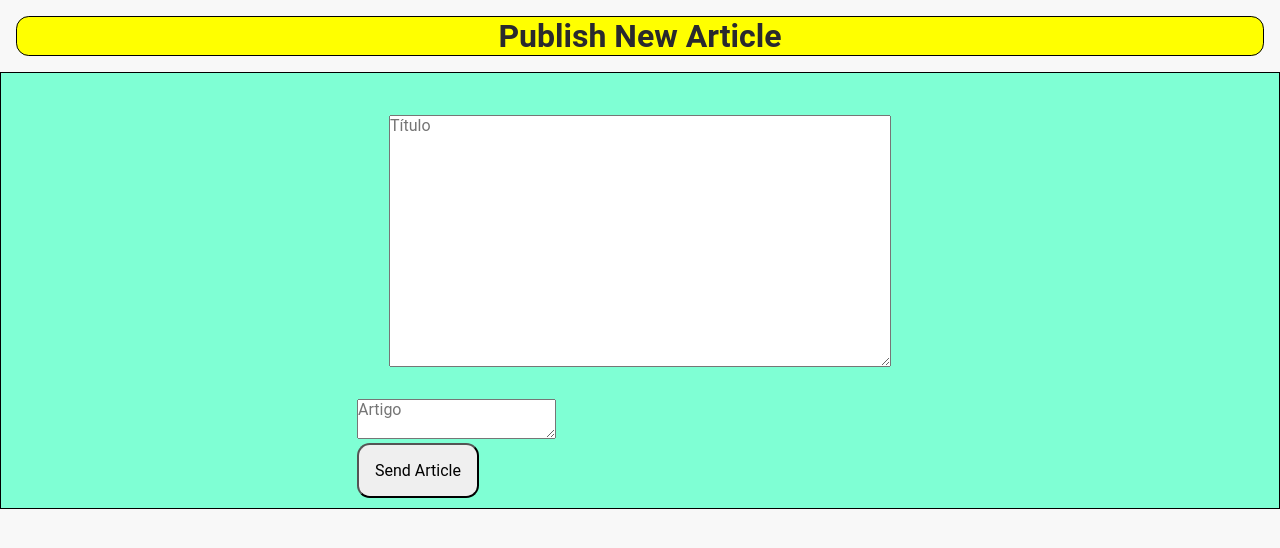
Repository: batmit/publish_articles
Page: /publish
An editor plug-in stored every save of this project. The page is shown before and after the next save, followed by the edit.
The browser window is 1280 px wide. The pictures show the whole page.
The project was rebuilt for these pictures with package versions that can differ from the ones it lists, and the page was loaded fresh each time. Also part of the build but not shown: src/pages/articles.tsx, src/pages/article.tsx, src/pages/Home.tsx.

Above is the page before, as saved 2021-06-29 18:35:56.

After the next save:
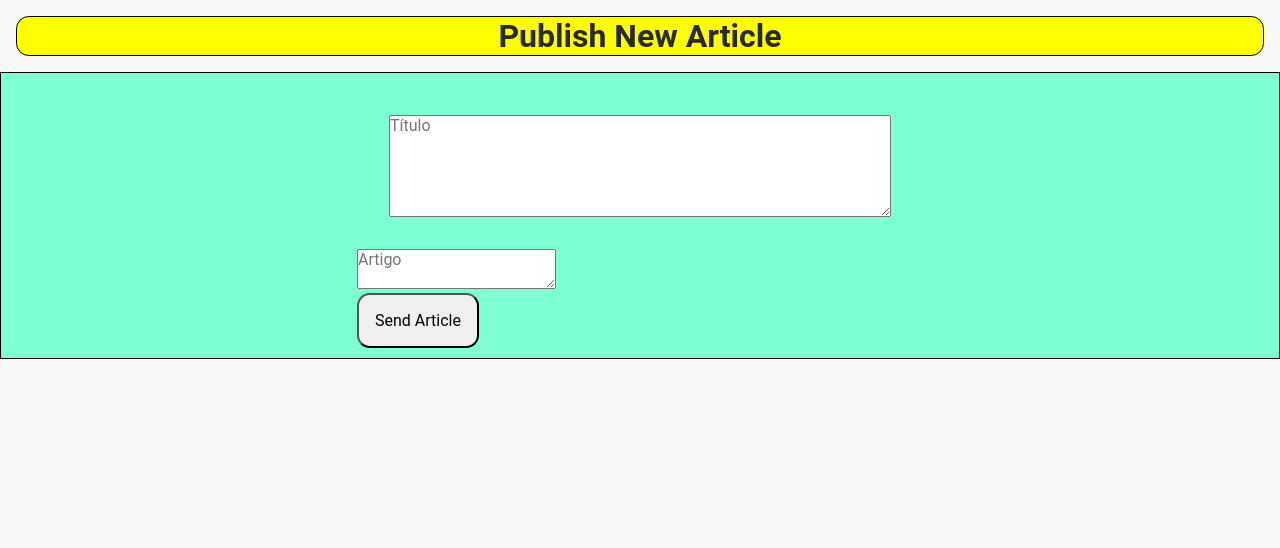
Saved 10 s later.
--- a/src/styles/global.scss
+++ b/src/styles/global.scss
@@ -51,7 +51,7 @@ form {
     .title {
         display: block;
         width: 500px;
-        height: 250px;
+        height: 100px;
         margin: 2rem;
     }
 }
